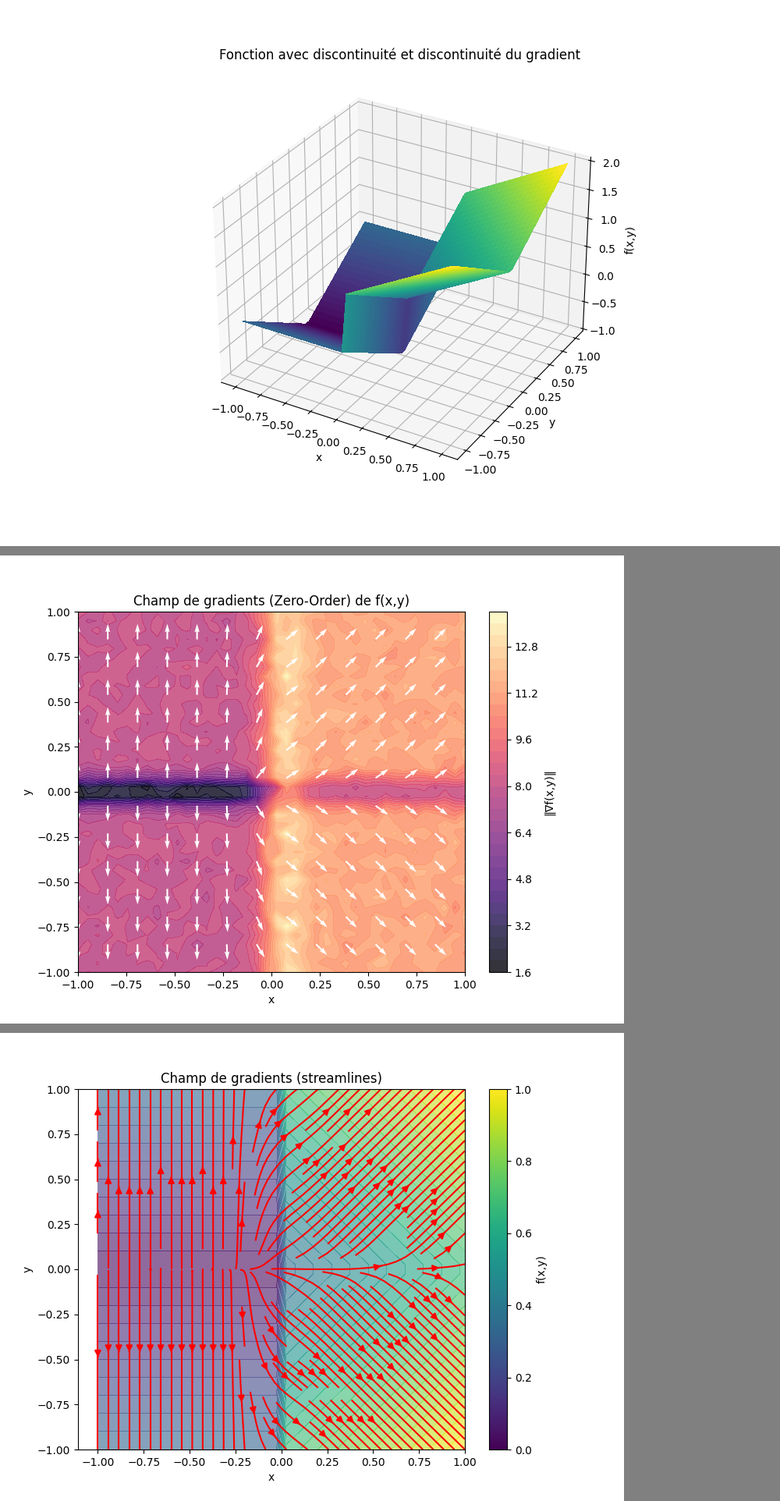
Repository: oomcth/Gradient-smoothing
Script's output: python test2D.py
These files come from the project's save history. The script's output is drawn as it stood at one moment and after the next save; the edit follows.
The pictures are shown at 78% of full size.
Each picture stacks the figures in order, with grey between them; figures that are only written to a file come last. Random numbers start from a fixed seed.

Above is the script's output before, as saved 2025-11-23 23:02:35.

After the next save:
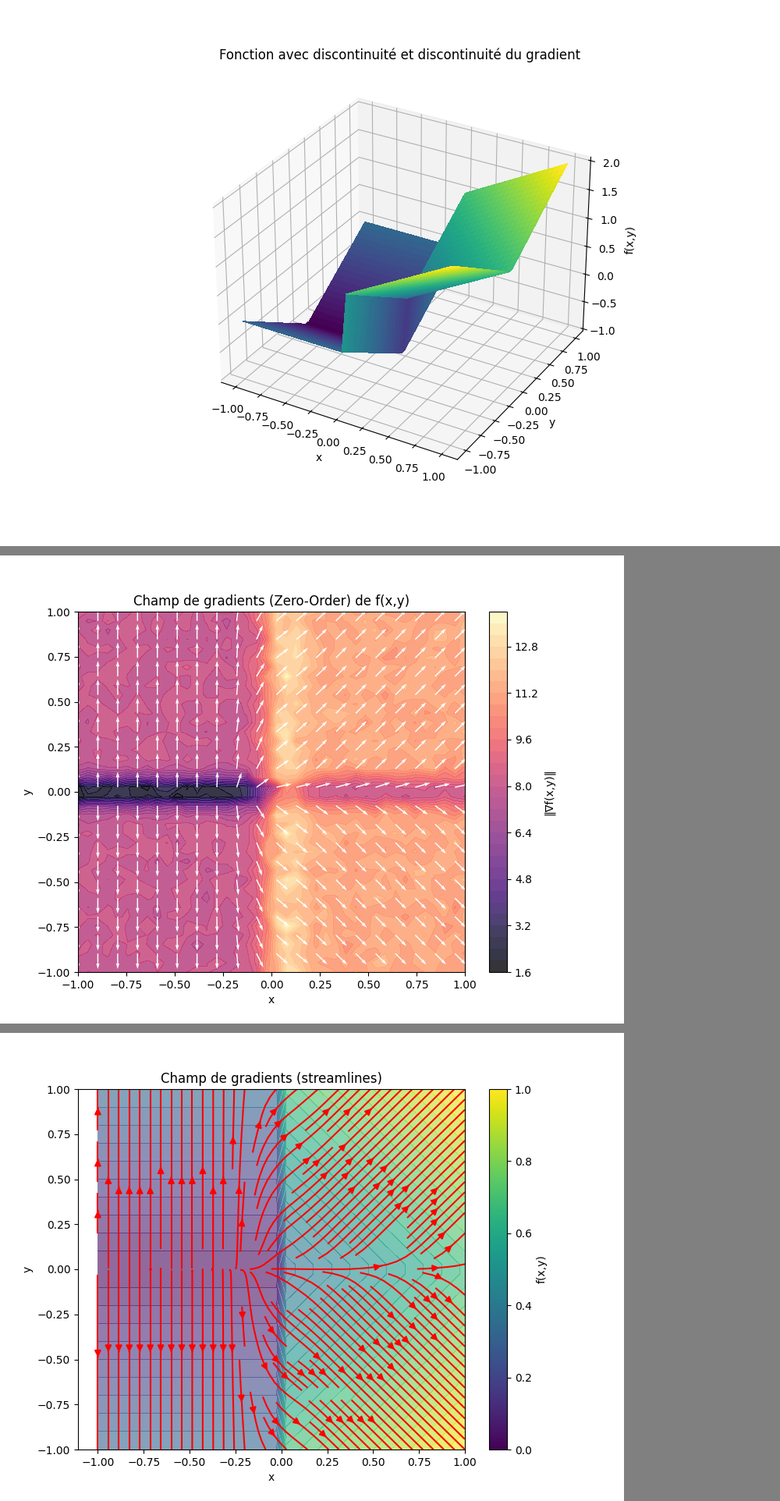
Saved 92 s later.
--- a/test2D.py
+++ b/test2D.py
@@ -76,7 +76,7 @@ plt.show()
 
 fig, ax = plt.subplots(figsize=(8, 6))
 cont = ax.contourf(X, Y, np.sqrt(U**2 + V**2), levels=30, cmap="magma", alpha=0.8)
-step = 3
+step = 2
 norm = np.sqrt(U**2 + V**2)
 Udir = U / (norm + 1e-8)
 Vdir = V / (norm + 1e-8)
